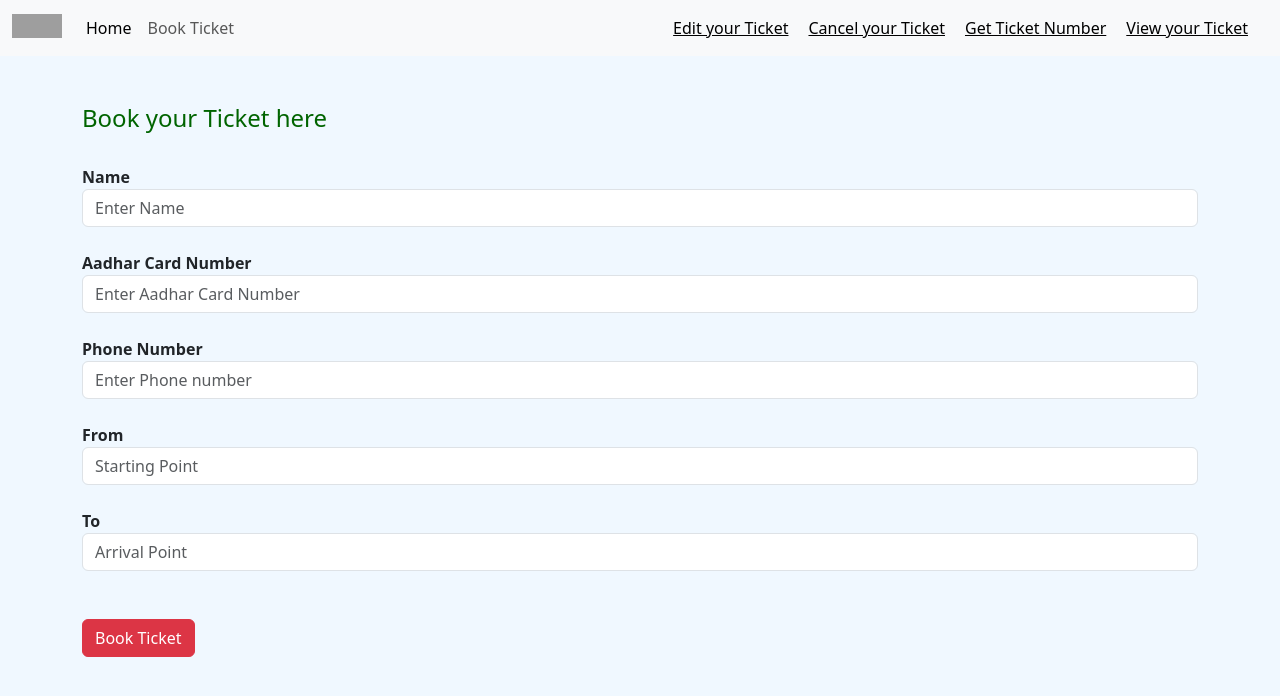
Repository: MayankSardana/Book-My-Ticket
Page: http://localhost/Book
The author's editor kept a copy of each file at every save. The page is drawn from the files as they stood at one save, then again after the next save.
The browser window is 1280 px wide. The pictures show the whole page.
Pictures or frames that could not be fetched are drawn as grey boxes. The page is this project's Thymeleaf template; nobody is signed in. The template is opened directly, without the code that normally fills it, so the values that code supplies are empty.

Above is the page before, as saved 2024-07-02 09:40:17.

### BookMyTicket/src/main/resources/templates/Book.html
<!doctype html>
<html lang="en" xmlns:th="http://www.thymeleaf.org">
  <head>
    <meta charset="utf-8">
    <meta name="viewport" content="width=device-width, initial-scale=1">
    <title>Book Ticket</title>
    <link href="https://cdn.jsdelivr.net/npm/bootstrap@5.3.3/dist/css/bootstrap.min.css" rel="stylesheet" integrity="sha384-QWTKZyjpPEjISv5WaRU9OFeRpok6YctnYmDr5pNlyT2bRjXh0JMhjY6hW+ALEwIH" crossorigin="anonymous">
    <style>
        h2{
            margin-left: 400px;
            font-size:50px;
        }
        label{
            font-weight: bold;
        }

        body{
            background-color:aliceblue;
        }

		.tt{
		          text-decoration:underline;
		          padding:10px;
		          margin-left:450px;
		      }
			.n{
				margin-right:20px;
			}

			.h4{
				color:darkgreen;
			}
    </style>
  </head>
  <body>

	<nav class="navbar navbar-expand-lg bg-body-tertiary">
	        <div class="container-fluid">
	         <a class="navbar-brand" href="#">
	      <img src="https://i.pinimg.com/280x280_RS/84/4b/a1/844ba1cb3439dca10d316e4310721cc6.jpg" alt="Logo" width="50" height="24" class="d-inline-block align-text-top">

	    </a>
	          <button class="navbar-toggler" type="button" data-bs-toggle="collapse" data-bs-target="#navbarText" aria-controls="navbarText" aria-expanded="false" aria-label="Toggle navigation">
	            <span class="navbar-toggler-icon"></span>
	          </button>
	          <div class="collapse navbar-collapse" id="navbarText">
	            <ul class="navbar-nav me-auto mb-2 mb-lg-0">
	              <li class="nav-item">
	                <a class="nav-link active" aria-current="page" href="/">Home</a>
	              </li>
	              <li class="nav-item">
	                <a class="nav-link" href="/book">Book Ticket</a>
	              </li>
	            </ul>
				<span class="n navbar-text">
				     <a href = "/edit">Edit your Ticket</a>
				</span>
				<span class="n navbar-text">
					<a href = "/cancel">Cancel your Ticket</a>
			    </span>
				<span class="n navbar-text">
				   <a href = "/ticket">Get Ticket Number</a>
				</span>
	            <span class="n navbar-text">
	                <a href = "/view">View your Ticket</a>
	            </span>

	          </div>
	        </div>
	      </nav>



    <div class="container mt-5">
        <h4 class = "h4">Book your Ticket here</h4>
		<br/>
        <form action="#" th:action="@{/saveTicket}" th:object="${person}" method="post">
          <div class="form-group">
            <label for="firstName">Name</label>
            <input type="text" th:field="*{name}" class="form-control" id="firstName" placeholder="Enter Name">
          </div>
          <br/>
          <div class="form-group">
            <label for="email">Aadhar Card Number</label>
            <input type="text" th:field="*{aadhaarCard}" class="form-control"  placeholder="Enter Aadhar Card Number">
          </div>
          <br/>
          <div class="form-group">
            <label for="email">Phone Number</label>
            <input type="text" th:field="*{phoneNumber}" class="form-control"  placeholder="Enter Phone number">
          </div>
          <br/>
          <div class="form-group">
            <label for="From">From</label>
            <input type="text" th:field="*{start}" class="form-control" placeholder="Starting Point">
          </div>
          <br/>
          <div class="form-group">
            <label for="To">To</label>
            <input type="text" th:field="*{end}" class="form-control" placeholder="Arrival Point">
          </div>
          <br/>
          <br/>
          <button type="submit" class="btn btn-danger">Book Ticket</button>
        </form>
      </div>

    <script src="https://cdn.jsdelivr.net/npm/bootstrap@5.3.3/dist/js/bootstrap.bundle.min.js" integrity="sha384-YvpcrYf0tY3lHB60NNkmXc5s9fDVZLESaAA55NDzOxhy9GkcIdslK1eN7N6jIeHz" crossorigin="anonymous"></script>
  </body>
</html>

After the next save:
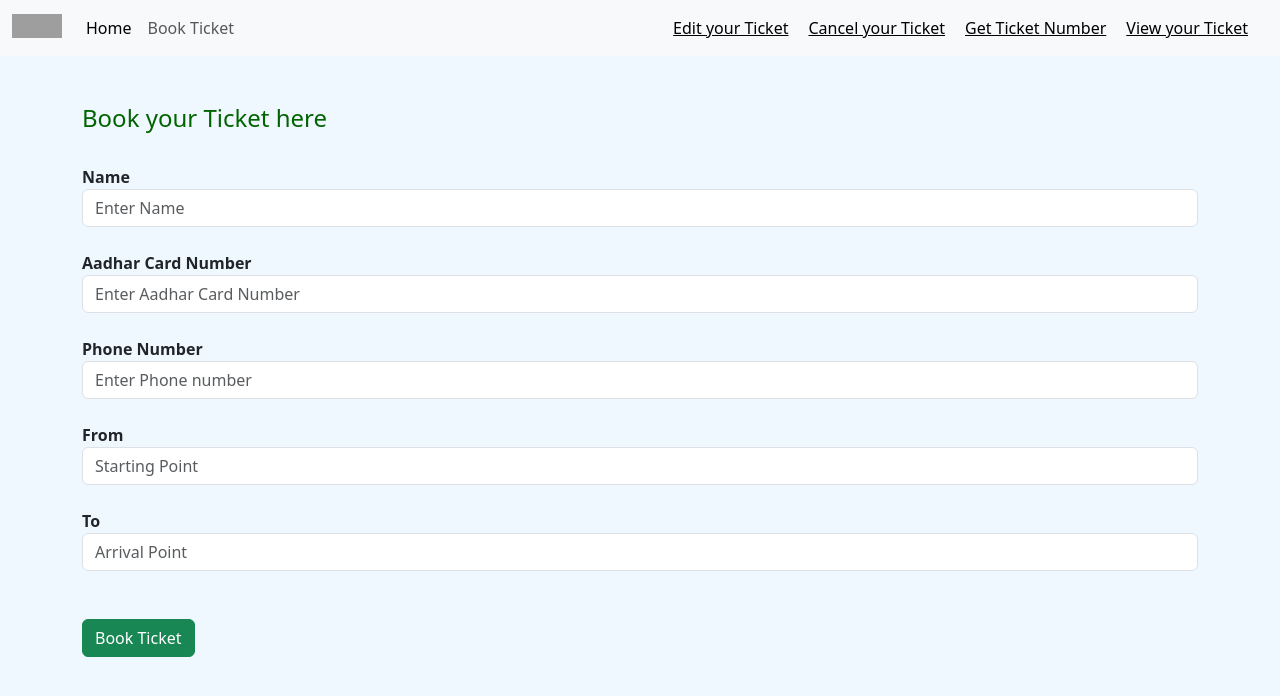
Saved 13 s later.
--- a/BookMyTicket/src/main/resources/templates/Book.html
+++ b/BookMyTicket/src/main/resources/templates/Book.html
@@ -101,7 +101,7 @@
           </div>
           <br/>
           <br/>
-          <button type="submit" class="btn btn-danger">Book Ticket</button>
+          <button type="submit" class="btn btn-success">Book Ticket</button>
         </form>
       </div>
 
